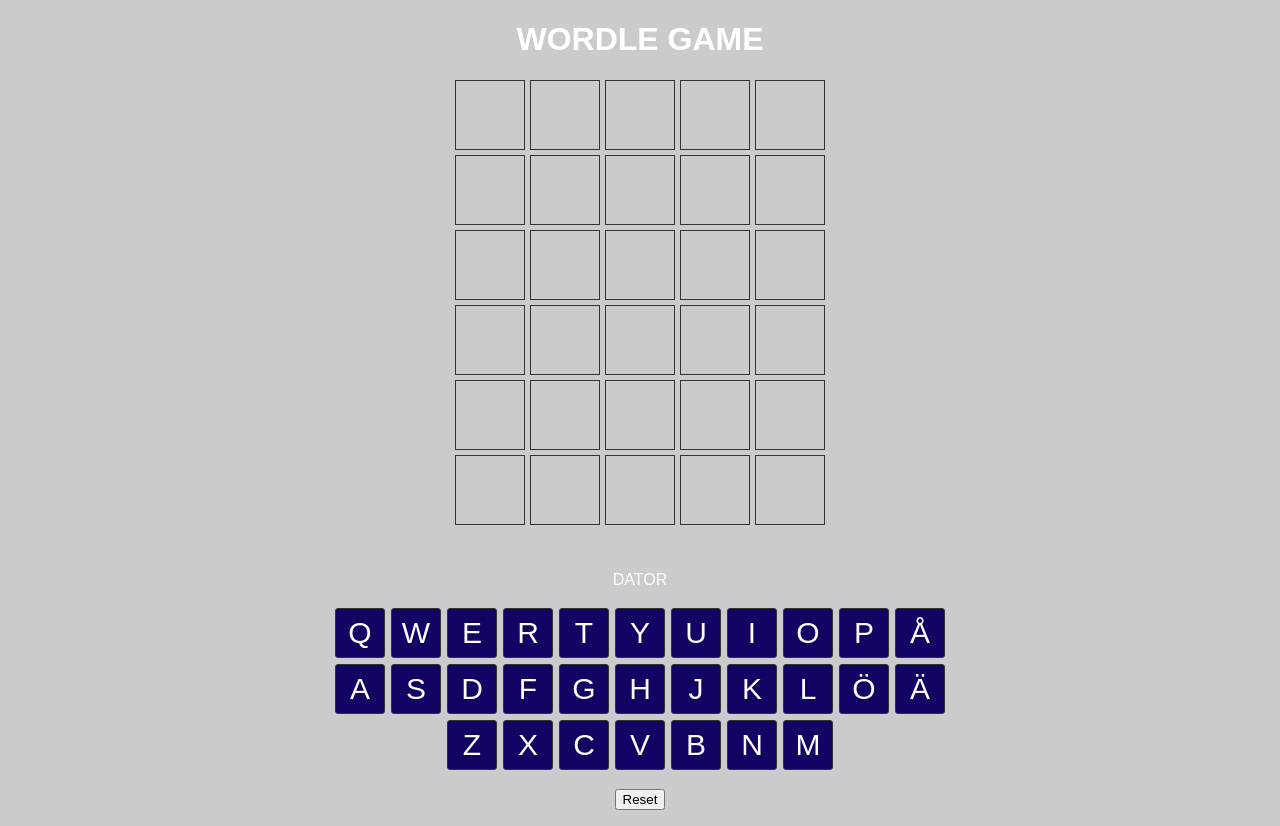
Repository: KarimIsaac/WorldeGame
Page: index.html
These files come from the project's save history. The page is drawn as it stood at one moment and after a run of saves; the edit follows.
The browser window is 1280 px wide. The pictures show the whole page.

Above is the page before, as saved 2022-03-13 08:52:27.

After the next 2 saves:
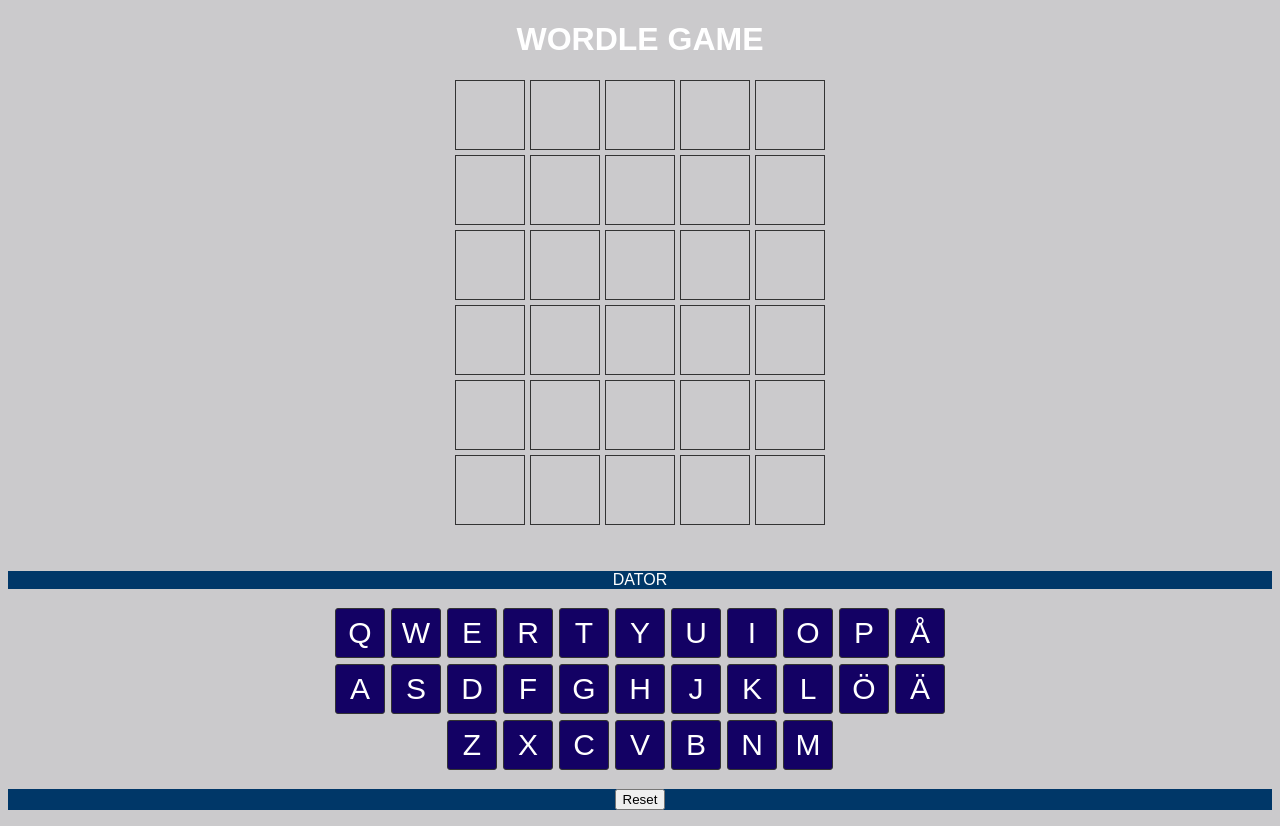
The 2 saves are shown as one change because they came seconds apart.
The last was saved 16 s later.
--- a/style.css
+++ b/style.css
@@ -42,6 +42,6 @@
 background-color: red;
 
 }
-.answer{
+p{
     background-color: rgb(0, 55, 104);
 }

After the save that followed:
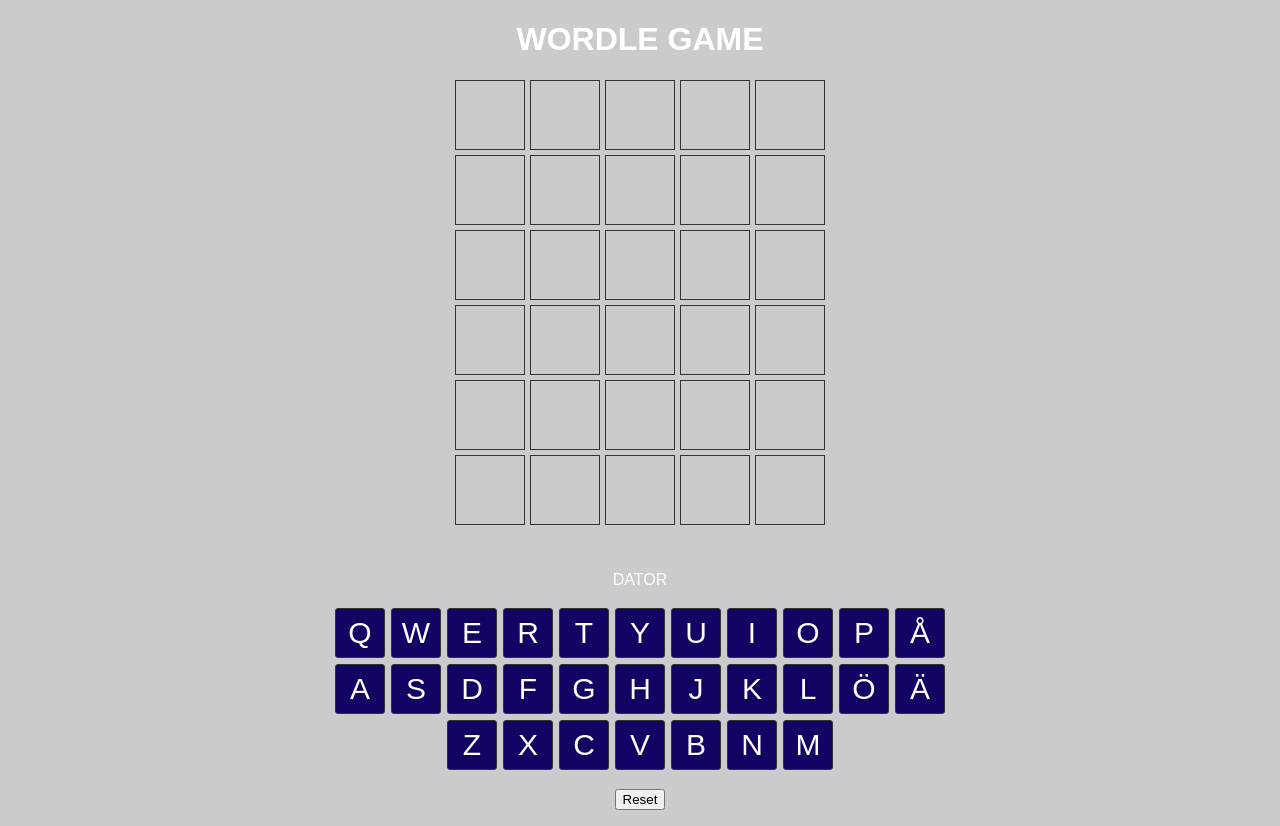
Saved 10 s later.
--- a/style.css
+++ b/style.css
@@ -42,6 +42,3 @@
 background-color: red;
 
 }
-p{
-    background-color: rgb(0, 55, 104);
-}
